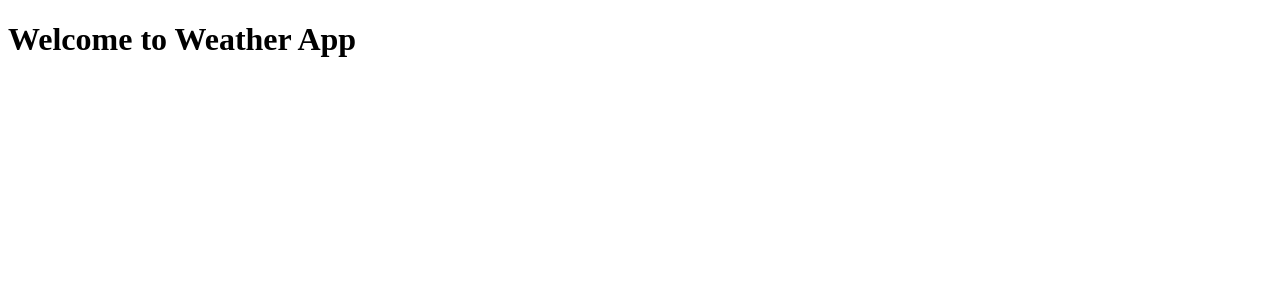
Repository: Adeshppp/Weather-Application-By-Using-JSP-and-Servlet
Page: MyWeatherApp/src/main/webapp/index.html
An editor plug-in stored every save of this project. The page is shown before and after the next save, followed by the edit.
The browser window is 1280 px wide. The pictures show the whole page.

Above is the page before, as saved 2023-11-03 03:59:12.

### MyWeatherApp/src/main/webapp/index.html
<!DOCTYPE html>
<html>
<head>
<meta charset="UTF-8">
<title>My Weather App</title>
</head>
<body>
	<h1>Welcome to Weather App</h1>
</body>
</html>

After the next save:
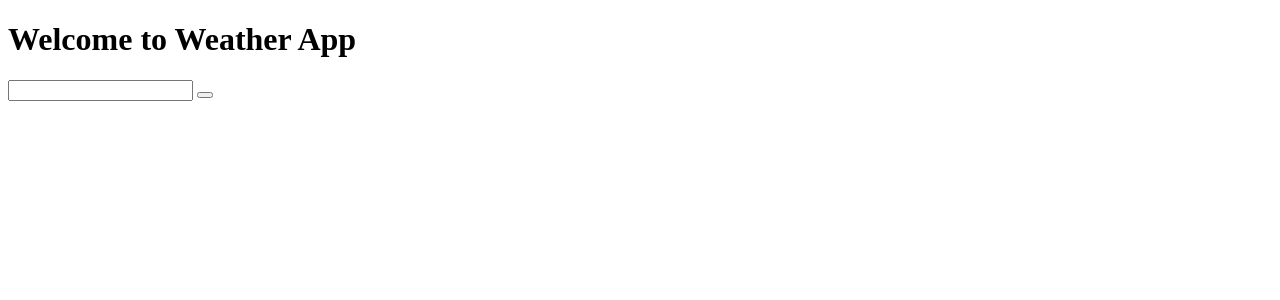
Saved 3 min 24 s later.
--- a/MyWeatherApp/src/main/webapp/index.html
+++ b/MyWeatherApp/src/main/webapp/index.html
@@ -6,5 +6,9 @@
 </head>
 <body>
 	<h1>Welcome to Weather App</h1>
+	<form action="">
+		<input></input>
+		<button></button>
+	</form>
 </body>
 </html>
